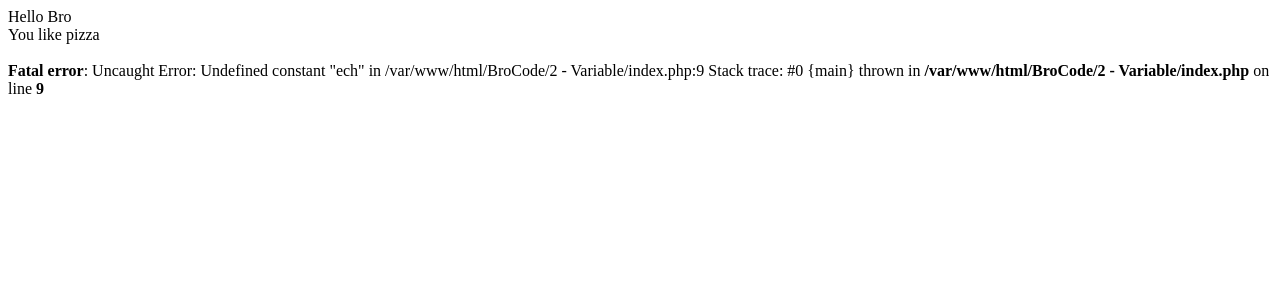
Repository: PannDev/BelajarPHP
Page: http://localhost/BroCode/2 - Variable/index.php
These files come from the project's save history. The page is drawn as it stood at one moment and after a run of saves; the edit follows.
The browser window is 1280 px wide. The pictures show the whole page.
The page is run by PHP 8.4 with error messages shown; the project is at /var/www/html/.

Above is the page before, as saved 2026-10-10 16:48:55.

### BroCode/2 - Variable/index.php
<?php

    $name = "Bro";
    $food = "pizza";
    $email = "fake@gmail.com";

    echo "Hello {$name}<br>";
    echo "You like {$food}<br>";
    ech

?>

After the next 4 saves:
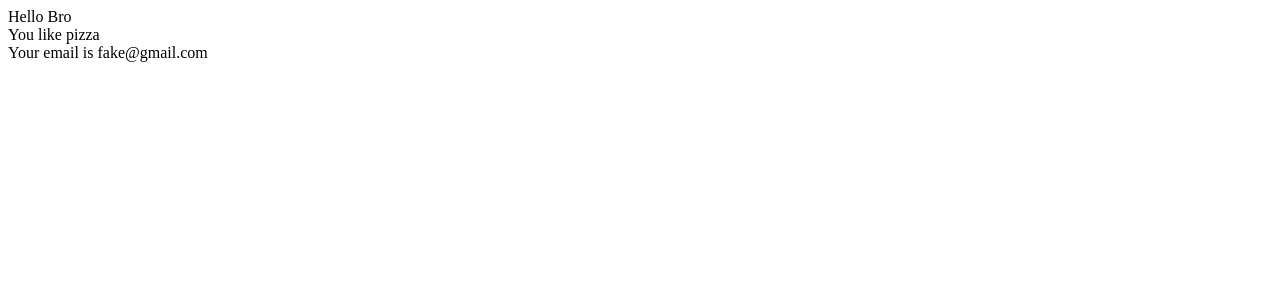
The 4 saves are shown as one change because they came seconds apart.
The last was saved 11 s later.
--- a/BroCode/2 - Variable/index.php
+++ b/BroCode/2 - Variable/index.php
@@ -6,6 +6,6 @@
 
     echo "Hello {$name}<br>";
     echo "You like {$food}<br>";
-    ech
+    echo "Your email is {$email}";
 
 ?>
